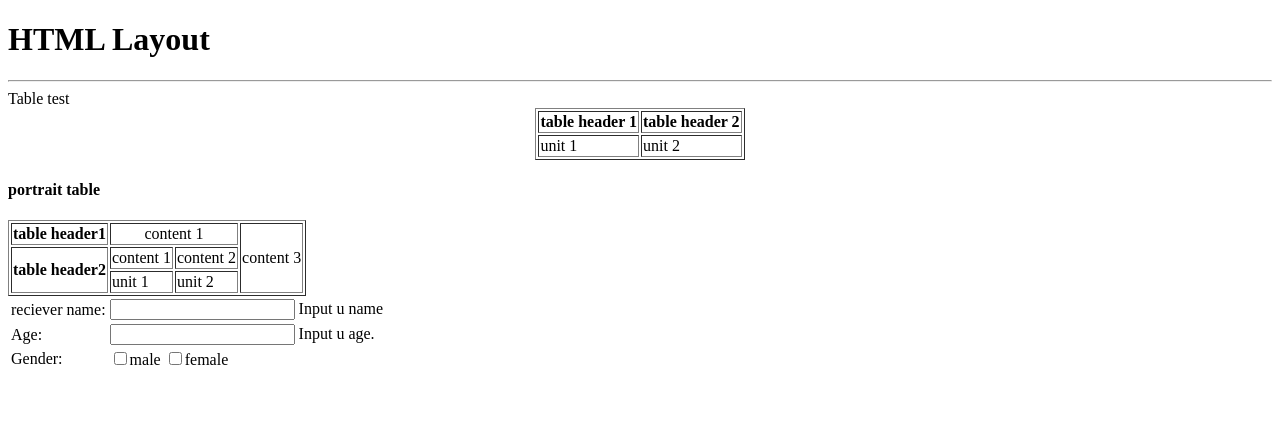
Repository: libelosophy/anjoyo
Page: workspace/QTalk/WebContent/html/table.html
These files come from the project's save history. The page is drawn as it stood at one moment and after the next save; the edit follows.
The browser window is 1280 px wide. The pictures show the whole page.

Above is the page before, as saved 2013-09-09 11:46:26.

### workspace/QTalk/WebContent/html/table.html
<!DOCTYPE html>
<html>
<head>
<title>HTML Layout</title>
<meta name="author" content="jh">

</head>

<h1> HTML Layout </h1>
<body>
<hr />


	<table border="1" align="center"> Table test
		<tr>
			<th>table header 1</th>
			<th>table header 2</th>
		</tr>
		<tr>
			<td>unit 1</td>
			<td>unit 2</td>
		</tr>
	</table>

	<h4> portrait table </h4>
	<table border="1">
		<tr>
			<th> table header1</th>
			<td colspan="2" align="center"> content 1</td>
			<td rowspan ="3"> content 3</td>
		</tr>

		<tr>
			<th rowspan="2"> table header2</th>
			<td> content 1</td>
			<td> content 2</td>

		</tr>
		<tr>
			<td> unit 1 </td>
			<td> unit 2 </td>
		</tr>

	</table>

	<form action="提交到服务器的哪个页面" method="POST|GET">
		<table>
			<tr>
				<td> reciever name:</td>
				<td>
					<input type="text" name="name" size="20"/> Input u name
				</td>
			</tr>

			<tr>
				<td> Age: </td>
				<td>
					<input type="number" name="age" size="20"/> Input u age.
				</td>
			</tr>

			<tr>
				<td> Gender: </td>
				<td>
					<input type="checkbox" name="gender_male" size="20"/>male
					<input type="checkbox" name="gender_female" size="20"/>female
				</td>
			</tr>
		</table>
	</form>


</body>
</html>

After the next save:
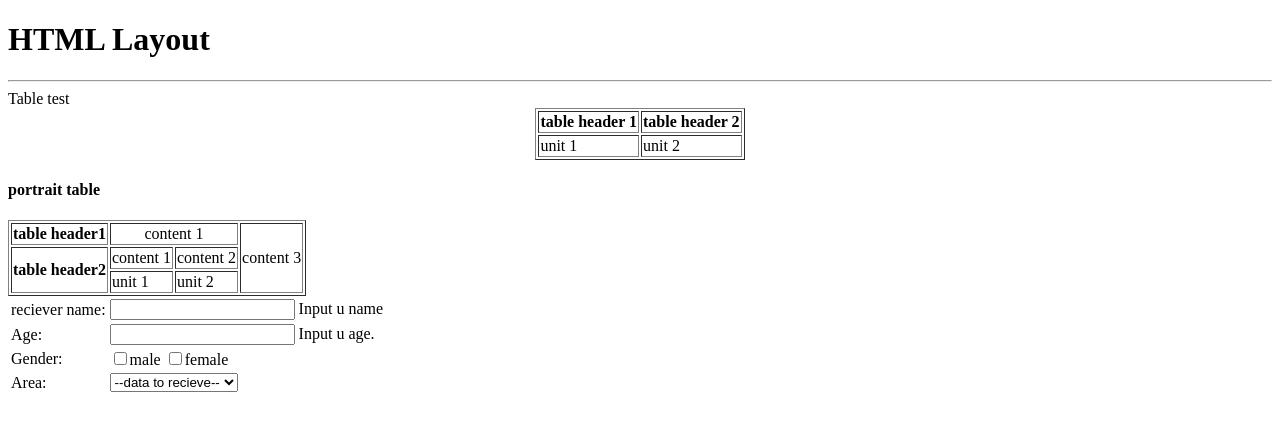
Saved 118 s later.
--- a/workspace/QTalk/WebContent/html/table.html
+++ b/workspace/QTalk/WebContent/html/table.html
@@ -66,6 +66,19 @@
 					<input type="checkbox" name="gender_female" size="20"/>female
 				</td>
 			</tr>
+
+			<tr>
+				<td> Area: </td>
+				<td>
+					<select>
+						<option>--data to recieve--</option>
+						<option>	day 1 </option>
+						<option> 	day 2 </option>
+					</select>
+				</td>
+			</tr>
+
+
 		</table>
 	</form>
 
